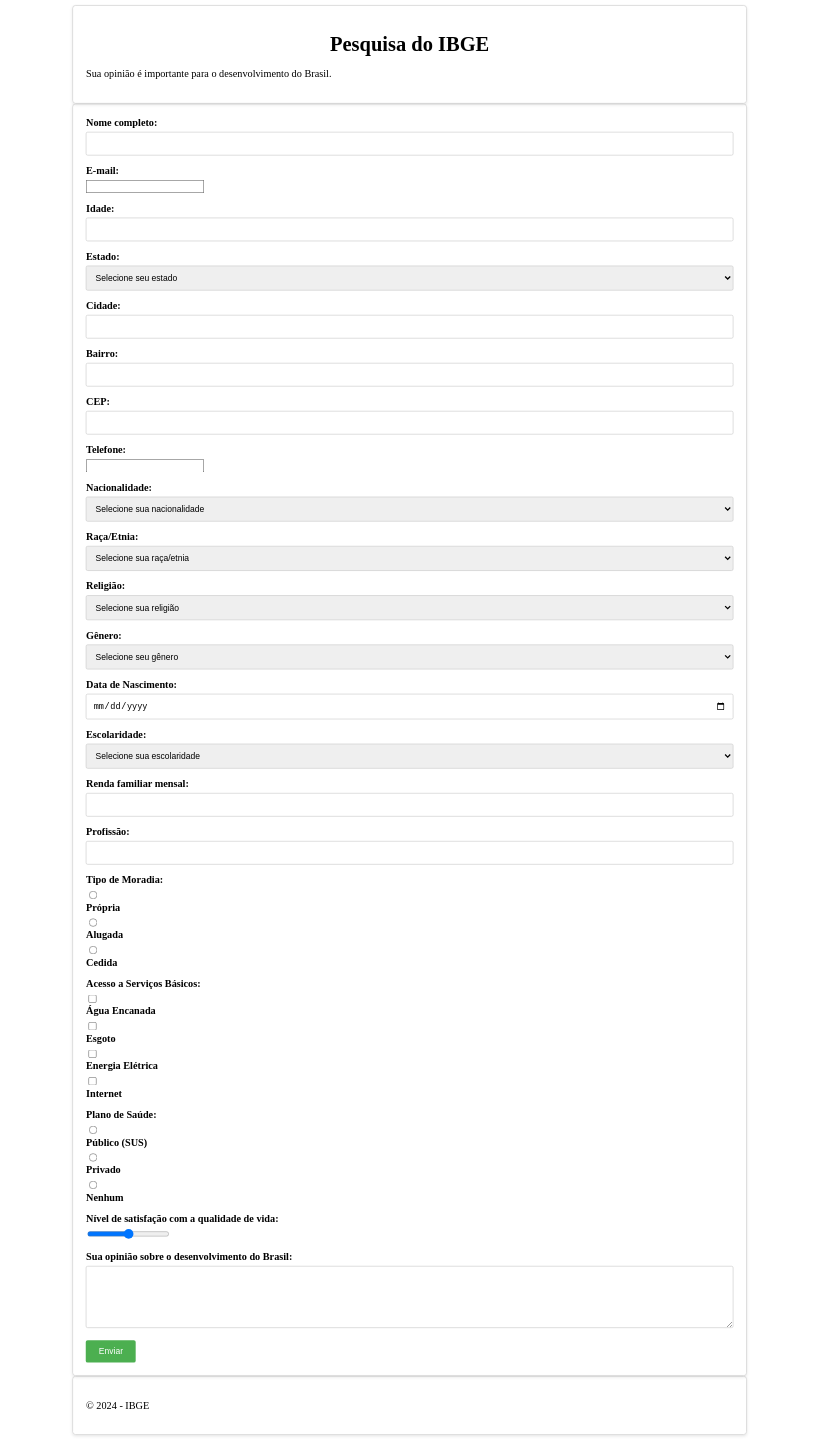
Repository: Gabrielb0rn/Projeto-Formul-rio.io
Page: index.html
The author's editor kept a copy of each file at every save. The page is drawn from the files as they stood at one save, then again after the next save.
The browser window is 1280 px wide. The pictures show the whole page, at 64% of full size.

Above is the page before, as saved 2024-06-27 12:06:01.
Not found: assets/script.js

### index.html
<!DOCTYPE html>
<html lang="pt-BR">
<head>
    <meta charset="UTF-8">
    <meta name="viewport" content="width=device-width, initial-scale=1.0">
    <title>Pesquisa do IBGE</title>
    <link rel="stylesheet" href="assets/style.css">
</head>
<body>
    <header>
        <div class="container">
            <h1>Pesquisa do IBGE</h1>
            <p>Sua opinião é importante para o desenvolvimento do Brasil.</p>
        </div>
    </header>
    <main>
        <div class="container">
            <form id="form">
                <div class="form-group">
                    <label for="nome">Nome completo:</label>
                    <input type="text" id="nome" name="nome" required>
                </div>
                <div class="form-group">
                    <label for="email">E-mail:</label>
                    <input type="email" id="email" name="email" required>
                </div>
                <div class="form-group">
                    <label for="idade">Idade:</label>
                    <input type="number" id="idade" name="idade" required>
                </div>
                <div class="form-group">
                    <label for="estado">Estado:</label>
                    <select id="estado" name="estado" required>
                        <option value="">Selecione seu estado</option>
                        <option value="AC">Acre</option>
                        <option value="AL">Alagoas</option>
                        <option value="AP">Amapá</option>
                        <option value="AM">Amazonas</option>
                        <option value="BA">Bahia</option>
                        <option value="CE">Ceará</option>
                        <option value="DF">Distrito Federal</option>
                        <option value="ES">Espírito Santo</option>
                        <option value="GO">Goiás</option>
                        <option value="MA">Maranhão</option>
                        <option value="MT">Mato Grosso</option>
                        <option value="MS">Mato Grosso do Sul</option>
                        <option value="MG">Minas Gerais</option>
                        <option value="PA">Pará</option>
                        <option value="PB">Paraíba</option>
                        <option value="PR">Paraná</option>
                        <option value="PE">Pernambuco</option>
                        <option value="PI">Piauí</option>
                        <option value="RJ">Rio de Janeiro</option>
                        <option value="RN">Rio Grande do Norte</option>
                        <option value="RS">Rio Grande do Sul</option>
                        <option value="RO">Rondônia</option>
                        <option value="RR">Roraima</option>
                        <option value="SC">Santa Catarina</option>
                        <option value="SP">São Paulo</option>
                        <option value="SE">Sergipe</option>
                        <option value="TO">Tocantins</option>
                        <option value="DF">Distrito Federal</option>
                    </select>
                </div>
                <div class="form-group">
                    <label for="cidade">Cidade:</label>
                        <input type="text" id="cidade" name="cidade" required>
                </div>
                <div class="form-group">
                    <label for="bairro">Bairro:</label>
                    <input type="text" id="bairro" name="bairro">
                </div>
                <div class="form-group">
                    <label for="cep">CEP:</label>
                    <input type="text" id="cep" name="cep" required>
                </div>
                <div class="form-group">
                    <label for="telefone">Telefone:</label>
                    <input type="tel" id="telefone" name="telefone" required>
                </div>
                <div class="form-group">
                    <label for="nacionalidade">Nacionalidade:</label>
                    <select id="nacionalidade" name="nacionalidade" required>
                        <option value="">Selecione sua nacionalidade</option>
                        <option value="Brasileiro">Brasileiro</option>
                        <option value="Estrangeiro">Estrangeiro</option>
                    </select>
                </div>
                <div class="form-group">
                    <label for="raca">Raça/Etnia:</label>
                    <select id="raca" name="raca" required>
                        <option value="">Selecione sua raça/etnia</option>
                        <option value="Branca">Branca</option>
                        <option value="Preta">Preta</option>
                        <option value="Parda">Parda</option>
                        <option value="Amarela">Amarela</option>
                        <option value="Indígena">Indígena</option>
                    </select>
                </div>
                <div class="form-group">
                    <label for="religiao">Religião:</label>
                    <select id="religiao" name="religiao" required>
                        <option value="">Selecione sua religião</option>
                        <option value="Católica">Católica</option>
                        <option value="Evangélica">Evangélica</option>
                        <option value="Outras">Outras</option>
                    </select>
                </div>
                <div class="form-group">
                    <label for="genero">Gênero:</label>
                    <select id="genero" name="genero" required>
                        <option value="">Selecione seu gênero</option>
                        <option value="Masculino">Masculino</option>
                        <option value="Feminino">Feminino</option>
                        <option value="Outro">Outro</option>
                        <option value="Prefiro não dizer">Prefiro não dizer</option>
                    </select>
                </div>
                <div class="form-group">
                    <label for="data_nascimento">Data de Nascimento:</label>
                    <input type="date" id="data_nascimento" name="data_nascimento" required>
                </div>
                <div class="form-group">
                    <label for="escolaridade">Escolaridade:</label>
                    <select id="escolaridade" name="escolaridade" required>
                        <option value="">Selecione sua escolaridade</option>
                        <option value="Fundamental Incompleto">Fundamental Incompleto</option>
                        <option value="Fundamental Completo">Fundamental Completo</option>
                        <option value="Médio Incompleto">Médio Incompleto</option>
                        <option value="Médio Completo">Médio Completo</option>
                        <option value="Superior Incompleto">Superior Incompleto</option>
                        <option value="Superior Completo">Superior Completo</option>
                        <option value="Pós-Graduação">Pós-Graduação</option>
                    </select>
                </div>
                <div class="form-group">
                    <label for="renda">Renda familiar mensal:</label>
                    <input type="number" id="renda" name="renda" required>
                </div>
                <div class="form-group">
                    <label for="profissao">Profissão:</label>
                    <input type="text" id="profissao" name="profissao">
                </div>
                <div class="form-group">
                    <label>Tipo de Moradia:</label>
                    <div>
                        <input type="radio" id="propria" name="moradia" value="propria">
                        <label for="propria">Própria</label>
                    </div>
                    <div>
                        <input type="radio" id="alugada" name="moradia" value="alugada">
                        <label for="alugada">Alugada</label>
                    </div>
                    <div>
                        <input type="radio" id="cedida" name="moradia" value="cedida">
                        <label for="cedida">Cedida</label>
                    </div>
                </div>
                <div class="form-group">
                    <label>Acesso a Serviços Básicos:</label>
                    <div>
                        <input type="checkbox" id="agua" name="servicos" value="agua">
                        <label for="agua">Água Encanada</label>
                    </div>
                    <div>
                        <input type="checkbox" id="esgoto" name="servicos" value="esgoto">
                        <label for="esgoto">Esgoto</label>
                    </div>
                    <div>
                        <input type="checkbox" id="energia" name="servicos" value="energia">
                        <label for="energia">Energia Elétrica</label>
                    </div>
                    <div>
                        <input type="checkbox" id="internet" name="servicos" value="internet">
                        <label for="internet">Internet</label>
                    </div>
                </div>
                <div class="form-group">
                    <label>Plano de Saúde:</label>
                    <div>
                        <input type="radio" id="publico" name="saude" value="publico">
                        <label for="publico">Público (SUS)</label>
                    </div>
                    <div>
                        <input type="radio" id="privado" name="saude" value="privado">
                        <label for="privado">Privado</label>
                    </div>
                    <div>
                        <input type="radio" id="nenhum" name="saude" value="nenhum">
                        <label for="nenhum">Nenhum</label>
                    </div>
                </div>
                <div class="form-group">
                    <label for="satisfacao">Nível de satisfação com a qualidade de vida:</label>
                    <input type="range" id="satisfacao" name="satisfacao" min="1" max="5" required>
                </div>

                <div class="form-group">
                    <label for="opiniao">Sua opinião sobre o desenvolvimento do Brasil:</label>
                    <textarea id="opiniao" name="opiniao" rows="5" required></textarea>
                </div>
                <button type="submit">Enviar</button>
            </form>
        </div>
    </main>
    <footer>
        <div class="container">
            <p>&copy; 2024 - IBGE</p>
        </div>
    </footer>
    <script src="assets/script.js"></script>
</body>
</html>

### assets/style.css
.container {
    width: 80%;
    margin: 0 auto;
    padding: 20px;
    border: 1px solid #ccc;
    border-radius: 5px;
    box-shadow: 0 2px 5px rgba(0, 0, 0, 0.1);
}

h1 {
    text-align: center;
    margin-bottom: 20px;
}

.form-group {
    margin-bottom: 15px;
}

label {
    display: block;
    margin-bottom: 5px;
    font-weight: bold;
}



input[type="text"],
input[type="date"],
input[type="number"],
select,
textarea {
    width: 100%;
    padding: 10px;
    border: 1px solid #ccc;
    border-radius: 3px;
    box-sizing: border-box;
}

input[type="radio"],
input[type="checkbox"] {
    margin-right: 5px;
}

button[type="submit"] {
    background-color: #4CAF50;
    color: white;
    padding: 10px 20px;
    border: none;
    border-radius: 3px;
    cursor: pointer;
}

button[type="submit"]:hover {
    background-color: #45a049;
}

.error {
    color: red;
    font-size: 12px;
    margin-top: 5px;
}

.success {
    color: green;
    font-size: 12px;
    margin-top: 5px;
}

.form-group.success input,
.form-group.success select,
.form-group.success textarea {
    border-color: green;
}

.form-group.error input,
.form-group.error select,
.form-group.error textarea {
    border-color: red;
}

/* Responsive Design */
@media (max-width: 768px) {
    .container {
        width: 95%;
    }
}





/* Style for the form container */
.form-container {
    display: flex;
    flex-direction: column;
    align-items: center;
    justify-content: center;
    height: 100vh;
    background-color: #f4f4f4;
}

/* Style for the form */
.form {
    background-color: #fff;
    padding: 30px;
    border-radius: 5px;
    box-shadow: 0 2px 5px rgba(0, 0, 0, 0.1);
    width: 100%;
    max-width: 500px;
}

/* Style for the form title */
.form-title {
    text-align: center;
    margin-bottom: 20px;
    font-size: 24px;
    font-weight: bold;
}

/* Style for the form inputs */
.form-input {
    width: 100%;
    padding: 10px;
    margin-bottom: 15px;
    border: 1px solid #ccc;
    border-radius: 3px;
    box-sizing: border-box;
}

/* Style for the form submit button */
.form-submit {
    background-color: #4CAF50;
    color: white;
    padding: 10px 20px;
    border: none;
    border-radius: 3px;
    cursor: pointer;
    width: 100%;
}

/* Style for the form submit button on hover */
.form-submit:hover {
    background-color: #45a049;
}

/* Style for the form error message */
.form-error {
    color: red;
    font-size: 12px;
    margin-top: 5px;
}

/* Style for the form success message */
.form-success {
    color: green;
    font-size: 12px;
    margin-top: 5px;
}

/* Style for the form input with success */
.form-input.success {
    border-color: green;
}

/* Style for the form input with error */
.form-input.error {
    border-color: red;
}

/* Style for the form input label */
.form-label {
    display: block;
    margin-bottom: 5px;
    font-weight: bold;
}

/* Style for the form input group */
.form-group {
    margin-bottom: 15px;
}

/* Style for the form input group with error */
.form-group.error {
    border: 1px solid red;
    border-radius: 3px;
    padding: 10px;
    margin-bottom: 15px;
}

/* Style for the form input group with success */
.form-group.success {
    border: 1px solid green;
    border-radius: 3px;
    padding: 10px;
    margin-bottom: 15px;
}

/* Style for the form input group with error message */
.form-group.error .form-error {
    color: red;
    font-size: 12px;
    margin-top: 5px;
}

/* Style for the form input group with success message */
.form-group.success .form-success {
    color: green;
    font-size: 12px;
    margin-top: 5px;
}

/* Style for the form input group with error input */
.form-group.error .form-input {
    border-color: red;
}

/* Style for the form input group with success input */
.form-group.success .form-input {
    border-color: green;
}

/* Style for the form input group with error label */
.form-group.error .form-label {
    color: red;
}

/* Style for the form input group with success label */
.form-group.success .form-label {
    color: green;
}

/* Style for the form input group with error message */
.form-group.error .form-error {
    color: red;
    font-size: 12px;
    margin-top: 5px;
}

/* Style for the form input group with success message */
.form-group.success .form-success {
    color: green;
    font-size: 12px;
    margin-top: 5px;}

/* Style for the form input group with error input */
.form-group.error .form-input {
    border-color: red;
}

/* Style for the form input group with success input */
.form-group.success .form-input {
    border-color: green;
}

/* Style for the form input group with error label */
.form-group.error .form-label {
    color: red;
}

/* Style for the form input group with success label */
.form-group.success .form-label {
    color: green;
}

/* Style for the form input group with error message */
.form-group.error .form-error {
    color: red;
    font-size: 12px;
    margin-top: 5px;
}

/* Style for the form input group with success message */
.form-group.success .form-success {
    color: green;
    font-size: 12px;
    margin-top: 5px;
}

/* Style for the form input group with error input */
.form-group.error .form-input {
    border-color: red;
}

After the next save:
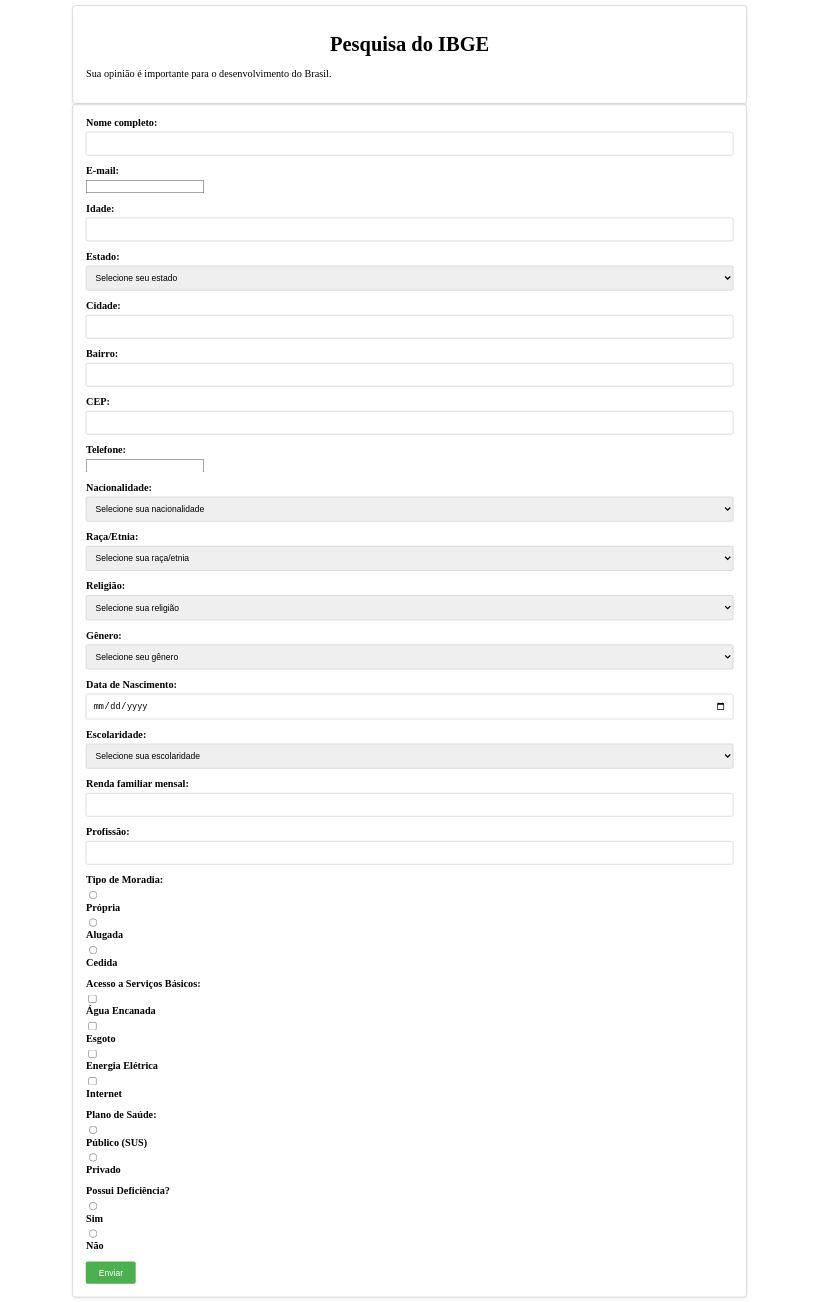
Saved 3 days later.
--- a/index.html
+++ b/index.html
@@ -59,12 +59,11 @@
                         <option value="SP">São Paulo</option>
                         <option value="SE">Sergipe</option>
                         <option value="TO">Tocantins</option>
-                        <option value="DF">Distrito Federal</option>
                     </select>
                 </div>
                 <div class="form-group">
                     <label for="cidade">Cidade:</label>
-                        <input type="text" id="cidade" name="cidade" required>
+                    <input type="text" id="cidade" name="cidade" required>
                 </div>
                 <div class="form-group">
                     <label for="bairro">Bairro:</label>
@@ -185,29 +184,21 @@
                         <input type="radio" id="privado" name="saude" value="privado">
                         <label for="privado">Privado</label>
                     </div>
-                    <div>
-                        <input type="radio" id="nenhum" name="saude" value="nenhum">
-                        <label for="nenhum">Nenhum</label>
-                    </div>
-                </div>
-                <div class="form-group">
-                    <label for="satisfacao">Nível de satisfação com a qualidade de vida:</label>
-                    <input type="range" id="satisfacao" name="satisfacao" min="1" max="5" required>
-                </div>
-
-                <div class="form-group">
-                    <label for="opiniao">Sua opinião sobre o desenvolvimento do Brasil:</label>
-                    <textarea id="opiniao" name="opiniao" rows="5" required></textarea>
+                </div>
+                <div class="form-group">
+                    <label>Possui Deficiência?</label>
+                    <div>
+                        <input type="radio" id="sim" name="deficiencia" value="sim">
+                        <label for="sim">Sim</label>
+                    </div>
+                    <div>
+                        <input type="radio" id="nao" name="deficiencia" value="nao">
+                        <label for="nao">Não</label>
+                    </div>
                 </div>
                 <button type="submit">Enviar</button>
             </form>
         </div>
     </main>
-    <footer>
-        <div class="container">
-            <p>&copy; 2024 - IBGE</p>
-        </div>
-    </footer>
-    <script src="assets/script.js"></script>
 </body>
 </html>
